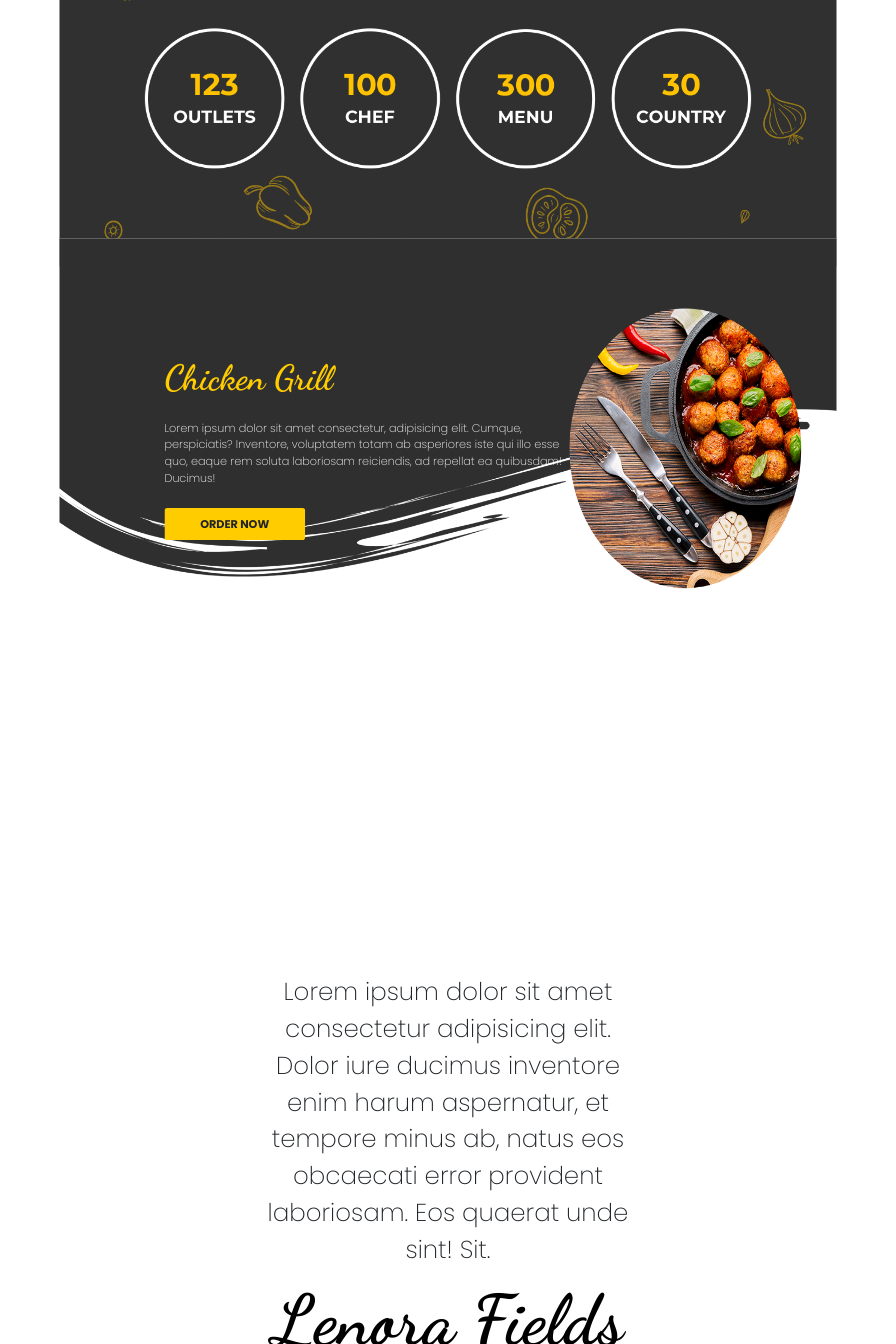
Repository: iphoneboy46/templateRestaurent
Page: index.html
The author's editor kept a copy of each file at every save. The page is drawn from the files as they stood at one save, then again after the next save.
The browser window is 1280 px wide. The pictures show the part of the page from y = 2402 to 4322 px (the page is 7200 px tall), at 70% of full size.

Above is the page before, as saved 2022-10-12 22:45:27.

After the next save:
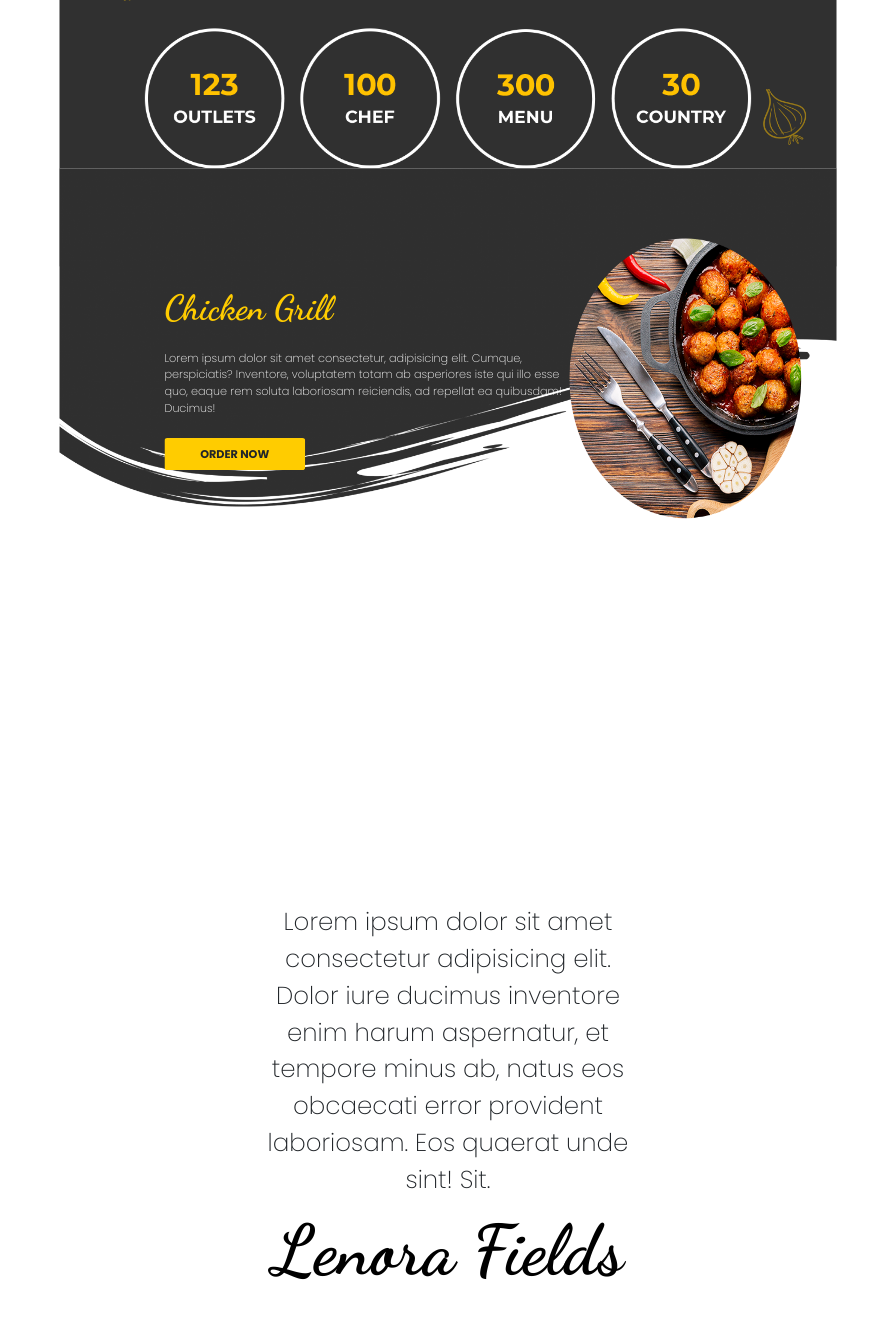
Saved 14 s later.
--- a/style.css
+++ b/style.css
@@ -224,7 +224,7 @@ body {
 
 .section__Chicken {
     position: relative;
-    margin-top: 100px;
+    padding-top: 110px;
     background-color: white;
     width: 100%;
     background-image: url(images/Design4.png);
